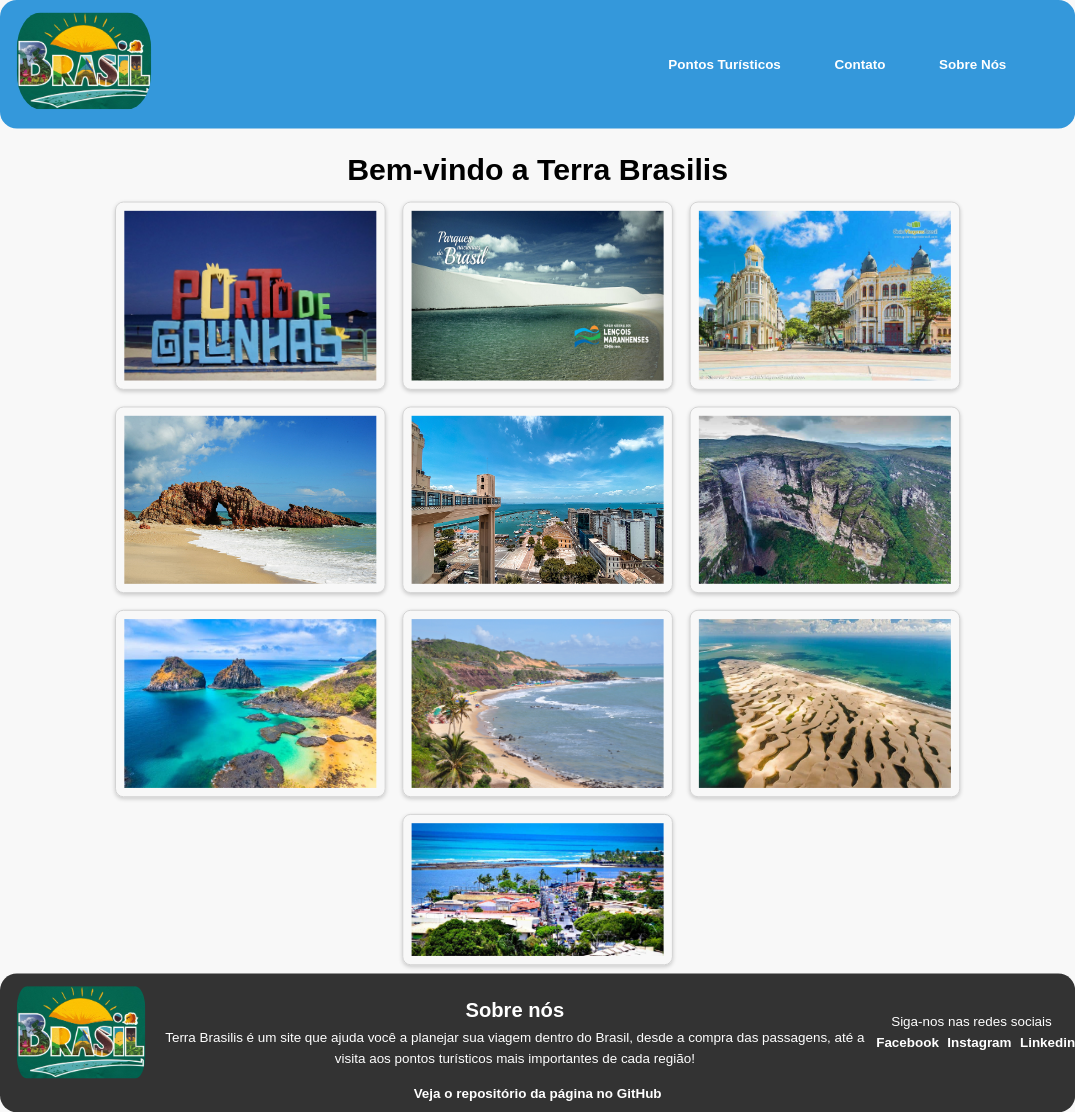
Repository: rodrigototy/ETE-PE
Page: tourism-agency/index.html
The author's editor kept a copy of each file at every save. The page is drawn from the files as they stood at one save, then again after the next save.
The browser window is 1280 px wide. The pictures show the whole page, at 84% of full size.

Above is the page before, as saved 2024-04-04 22:35:14.

After the next save:
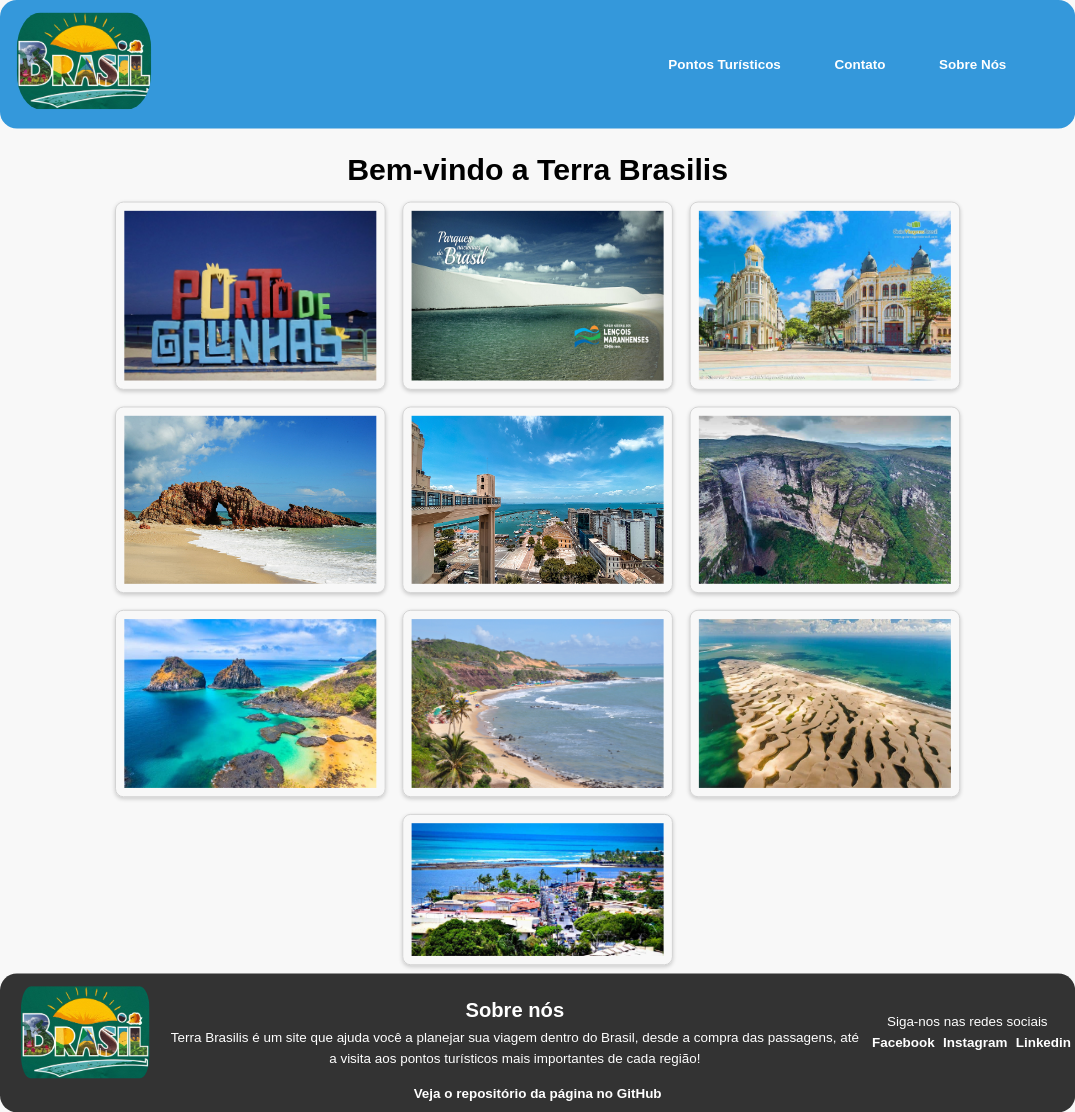
Saved 44 s later.
--- a/tourism-agency/static/css/modules/module-footer.css
+++ b/tourism-agency/static/css/modules/module-footer.css
@@ -3,7 +3,7 @@
   background-color: #333;
   color: #fff;
   text-align: center;
-  padding: 10px 0;
+  padding: 10px 5px;
   display: flex;
   flex-direction: column;
   border-radius: 20px;
